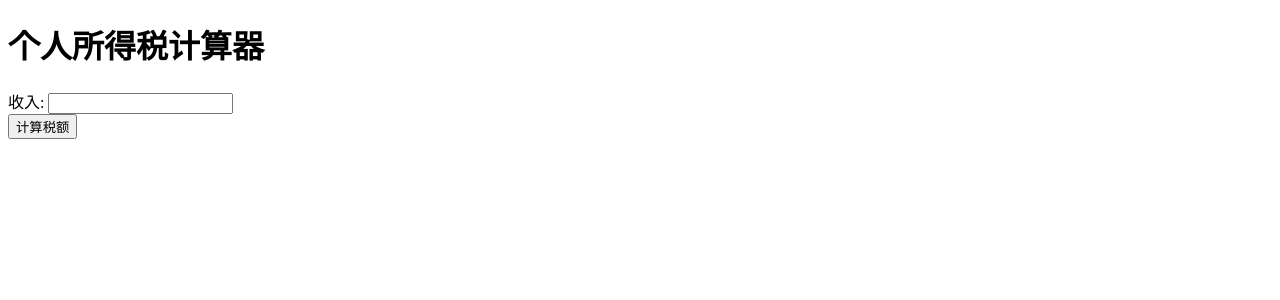
Repository: MarchRory/software_architecture_lab4
Page: taxService/tax/template/taxCaculator.html
These files come from the project's save history. The page is drawn as it stood at one moment and after the next save; the edit follows.
The browser window is 1280 px wide. The pictures show the whole page.

Above is the page before, as saved 2023-11-19 11:00:08.

### taxService/tax/template/taxCaculator.html
<!DOCTYPE html>
<html>
<head>
  <title>个人所得税计算器</title>
  <script>
    function calculateTax() {
      // 获取收入输入框的值
      var income = document.getElementById("income").value;

      // 定义税率和扣除数
      var taxBrackets = [0, 36000, 144000, 252000, 360000, 660000, 960000, Infinity];
      var taxRates = [0, 0.03, 0.1, 0.2, 0.25, 0.3, 0.35, 0.45];
      var deductions = [0, 2520, 16920, 31920, 52920, 85920, 181920, Infinity];

      // 计算应税所得额
      var taxableIncome = income - deductions[7] - 5000 * 12;

      // 计算税额
      var tax = 0;
      for (var i = 0; i < taxBrackets.length - 1; i++) {
        if (taxableIncome <= taxBrackets[i]) {
          tax = taxableIncome * taxRates[i];
          break;
        } else {
          tax += (taxBrackets[i] - taxBrackets[i - 1]) * taxRates[i];
        }
      }

      // 显示结果
      document.getElementById("tax").innerHTML = "税额: " + tax.toFixed(2);
    }
  </script>
</head>
<body>
  <h1>个人所得税计算器</h1>

  <form>
    <label for="income">收入:</label>
    <input type="number" id="income" name="income" required>
    <br>
    <button type="button" onclick="calculateTax()">计算税额</button>
  </form>

  <p id="tax"></p>
</body>
</html>

After the next save:
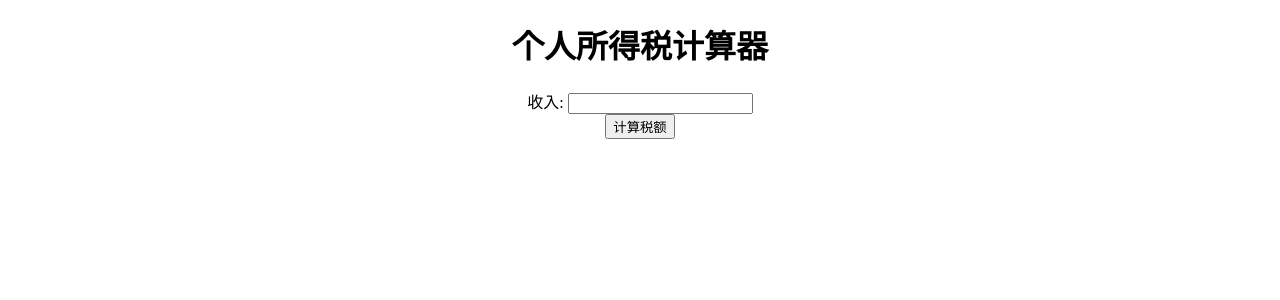
Saved 44 s later.
--- a/taxService/tax/template/taxCaculator.html
+++ b/taxService/tax/template/taxCaculator.html
@@ -31,7 +31,7 @@
     }
   </script>
 </head>
-<body>
+<body align="center">
   <h1>个人所得税计算器</h1>
 
   <form>
